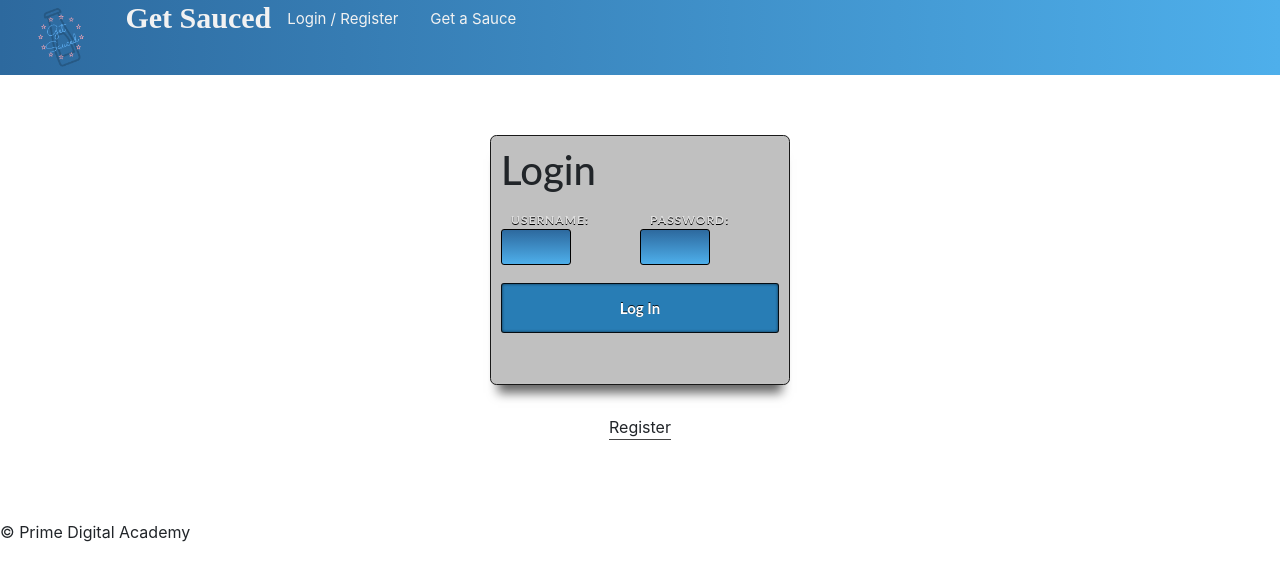
Repository: cossalter18/getSauced
Page: /
An editor plug-in stored every save of this project. The page is shown before and after the next save, followed by the edit.
The browser window is 1280 px wide. The pictures show the whole page.
The first visible `.form-3 input[type=submit]` is being pressed.
The page's requests for data from a server got no answer. The project was rebuilt for these pictures with package versions that can differ from the ones it lists, and the page was loaded fresh each time. No one was signed in, and anything a server would have sent is missing. Also part of the build but not shown: src/components/LogOutButton/LogOutButton.js, src/components/RegisterPage/RegisterPage.js, src/components/AboutPage/AboutPage.css, src/components/AboutPage/AboutPage.js, src/components/UserPage/UserPage.js, src/components/BlogPost/BlogPost.js, src/components/NewPost/NewPost.css, src/components/NewPost/NewPost.js and 8 more.

Above is the page before, as saved 2020-06-03 11:29:59.

After the next save:
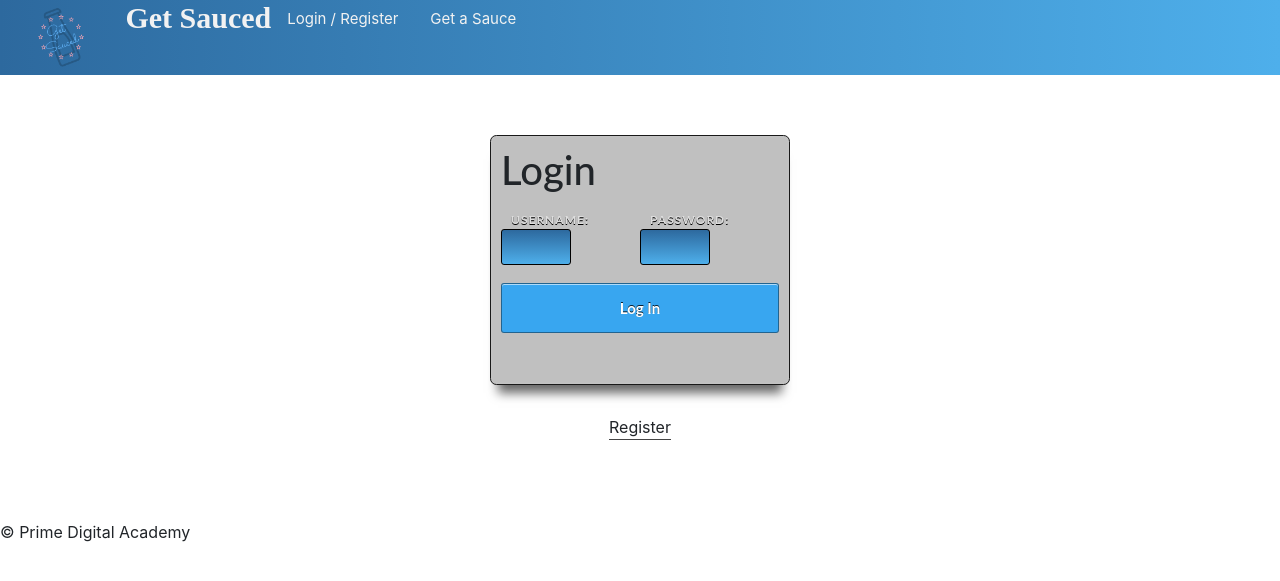
Saved 7 s later.
--- a/src/components/LoginPage/LoginPage.css
+++ b/src/components/LoginPage/LoginPage.css
@@ -109,12 +109,7 @@
     box-shadow: inset 0 1px 0 rgba(255,255,255,0.6);
 }
 
-.form-3 input[type=submit]:active {
-    background: #287db5;
-    box-shadow: inset 0 0 3px rgba(0,0,0,0.6);
-    border-color: #000; /* Fallback */
-    border-color: rgba(0,0,0,0.9);
-}
+
 
 .no-boxshadow .form-3 input[type=submit]:hover {
     background: #2a92d8;
